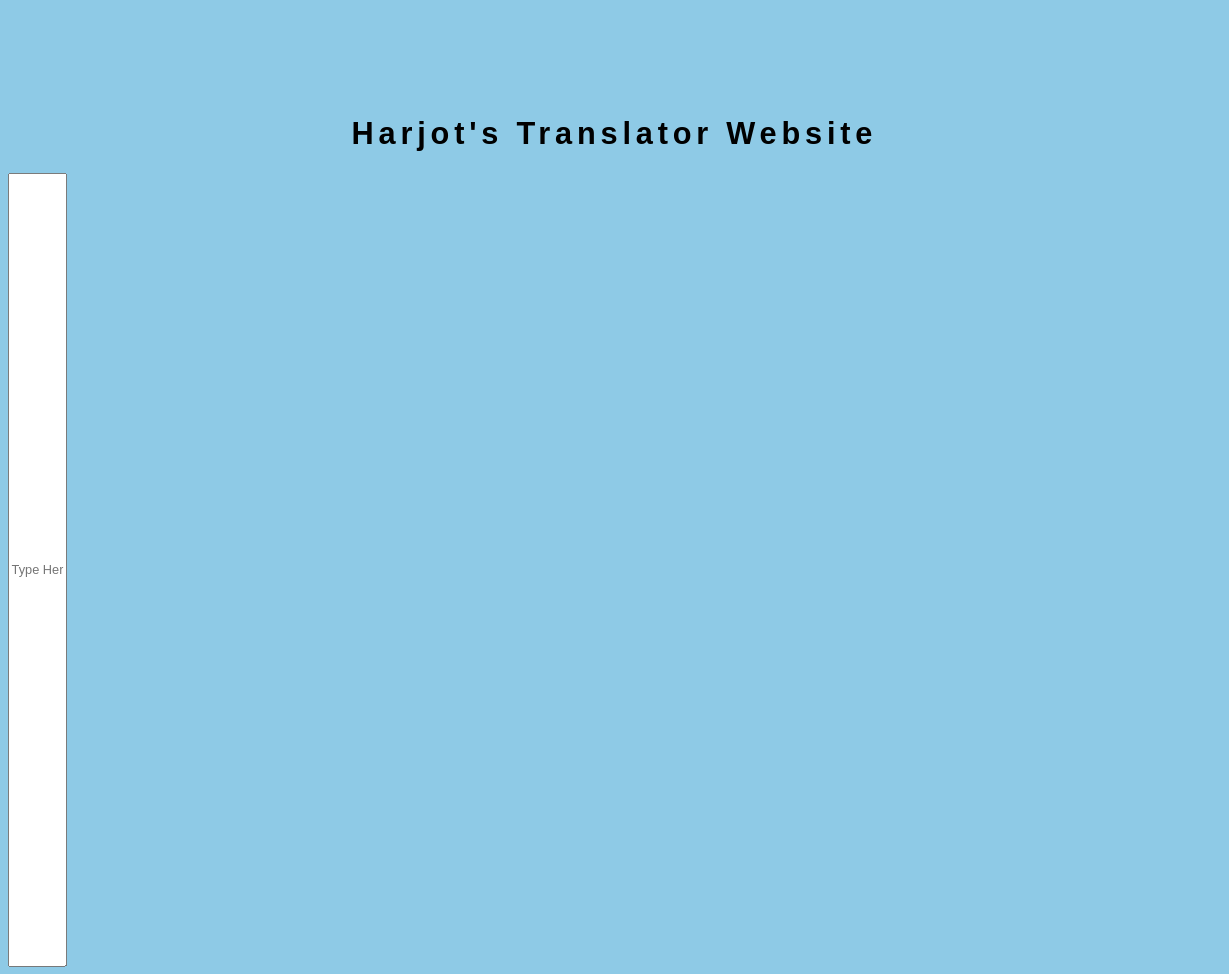
Repository: Harjot00/Pythonpractice
Page: Translator/homepage.html
These files come from the project's save history. The page is drawn as it stood at one moment and after the next save; the edit follows.
The browser window is 1280 px wide. The pictures show the whole page, at 96% of full size.
Some web fonts or font styles are not loaded; a fallback is used.

Above is the page before, as saved 2022-03-06 18:16:15.

After the next save:
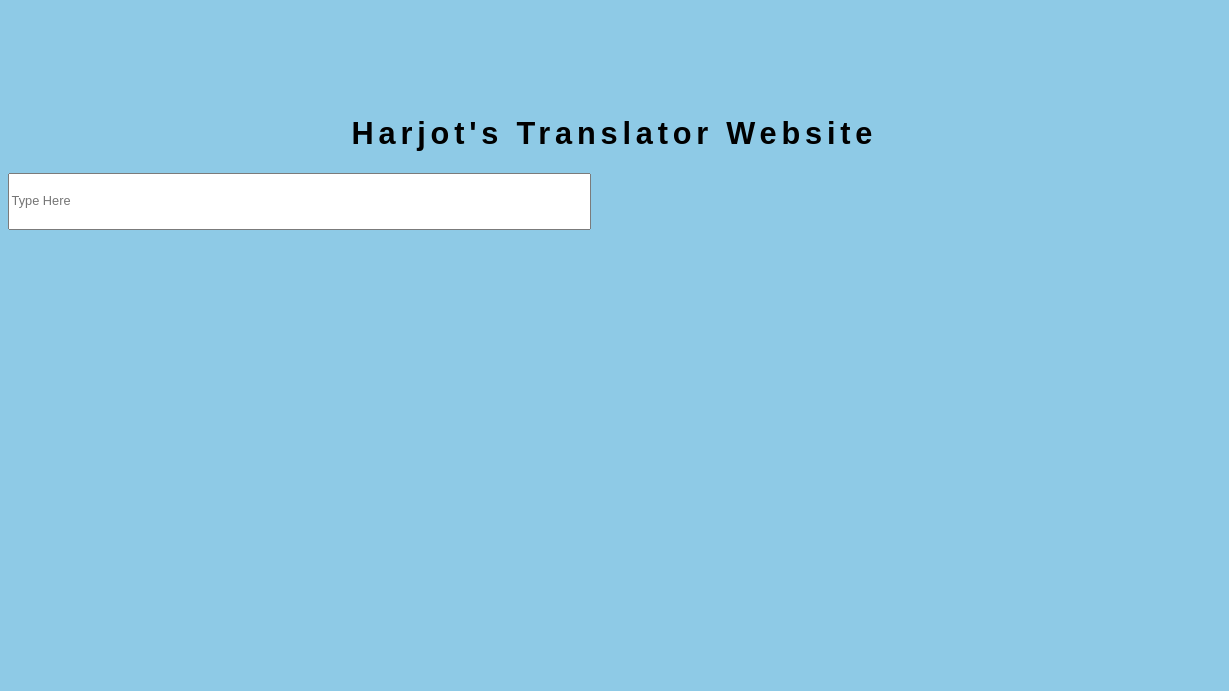
Saved 17 s later.
--- a/Translator/styles.css
+++ b/Translator/styles.css
@@ -7,6 +7,6 @@
     text-align: center;
 }
 #entry{
-    width: 54px;
-    height: 821px;
+    width: 600px;
+    height: 54px;
 }
